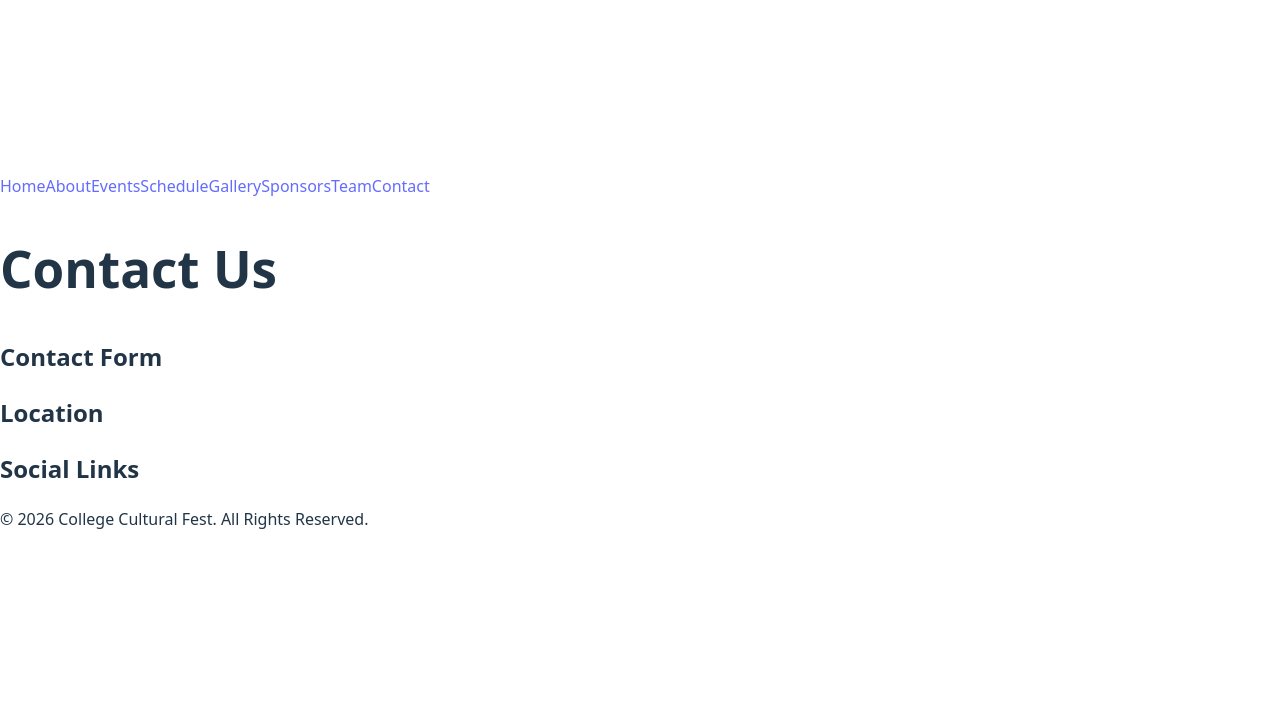
Repository: mridang-iiitu/Mridang-2k26
Page: /contact
The author's editor kept a copy of each file at every save. The page is drawn from the files as they stood at one save, then again after the next save.
The browser window is 1280 px wide. The pictures show the whole page.
The project was rebuilt for these pictures with package versions that can differ from the ones it lists, and the page was loaded fresh each time. Also part of the build but not shown: vite.config.js, src/pages/Home.jsx, src/pages/About.jsx, src/pages/Events.jsx, src/pages/Schedule.jsx, src/pages/Gallery.jsx, src/pages/Sponsors.jsx, src/pages/Team.jsx.

Above is the page before, as saved 2026-08-03 13:34:55.

### src/App.jsx
import { BrowserRouter, Routes, Route } from "react-router-dom";

import Navbar from "./components/Navbar";
import Footer from "./components/Footer";

import Home from "./pages/Home";
import About from "./pages/About";
import Events from "./pages/Events";
import Schedule from "./pages/Schedule";
import Gallery from "./pages/Gallery";
import Sponsors from "./pages/Sponsors";
import Team from "./pages/Team";
import Contact from "./pages/Contact";

export default function App() {
  return (
    <BrowserRouter>
      <Navbar />

      <Routes>
        <Route path="/" element={<Home />} />
        <Route path="/about" element={<About />} />
        <Route path="/events" element={<Events />} />
        <Route path="/schedule" element={<Schedule />} />
        <Route path="/gallery" element={<Gallery />} />
        <Route path="/sponsors" element={<Sponsors />} />
        <Route path="/team" element={<Team />} />
        <Route path="/contact" element={<Contact />} />
      </Routes>

      <Footer />
    </BrowserRouter>
  );
}

### src/components/Navbar.jsx
import { Link } from "react-router-dom";

export default function Navbar() {
  return (
    <nav className="bg-gray-900 text-white px-8 py-4 flex gap-6">
      <Link to="/">Home</Link>
      <Link to="/about">About</Link>
      <Link to="/events">Events</Link>
      <Link to="/schedule">Schedule</Link>
      <Link to="/gallery">Gallery</Link>
      <Link to="/sponsors">Sponsors</Link>
      <Link to="/team">Team</Link>
      <Link to="/contact">Contact</Link>
    </nav>
  );
}

### src/components/Footer.jsx
export default function Footer() {
  return (
    <footer className="bg-gray-900 text-white text-center py-6">
      <p>© 2026 College Cultural Fest. All Rights Reserved.</p>
    </footer>
  );
}

### src/pages/Contact.jsx
export default function Contact() {
  return (
    <main>

      <section>
        <h1>Contact Us</h1>
      </section>

      <section>
        <h2>Contact Form</h2>
      </section>

      <section>
        <h2>Location</h2>
      </section>

      <section>
        <h2>Social Links</h2>
      </section>

    </main>
  );
}

Loaded but not shown: index.html (common file); src/main.jsx (common file); src/index.css (common file)

After the next save:
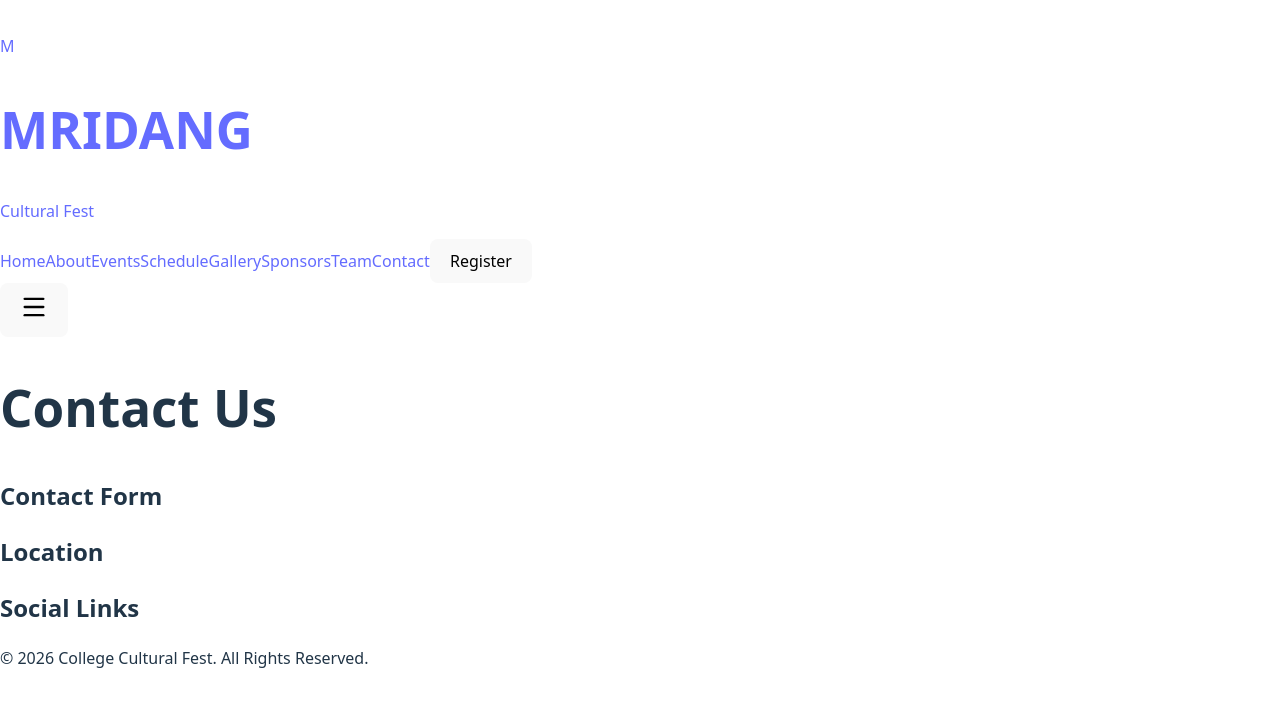
Saved 59 s later.
--- a/src/components/Navbar.jsx
+++ b/src/components/Navbar.jsx
@@ -1,16 +1,98 @@
-import { Link } from "react-router-dom";
+import { Link, NavLink } from "react-router-dom";
+import { Menu, X } from "lucide-react";
+import { useState } from "react";
 
 export default function Navbar() {
+  const [isOpen, setIsOpen] = useState(false);
+
+  const navItems = [
+    { name: "Home", path: "/" },
+    { name: "About", path: "/about" },
+    { name: "Events", path: "/events" },
+    { name: "Schedule", path: "/schedule" },
+    { name: "Gallery", path: "/gallery" },
+    { name: "Sponsors", path: "/sponsors" },
+    { name: "Team", path: "/team" },
+    { name: "Contact", path: "/contact" },
+  ];
+
   return (
-    <nav className="bg-gray-900 text-white px-8 py-4 flex gap-6">
-      <Link to="/">Home</Link>
-      <Link to="/about">About</Link>
-      <Link to="/events">Events</Link>
-      <Link to="/schedule">Schedule</Link>
-      <Link to="/gallery">Gallery</Link>
-      <Link to="/sponsors">Sponsors</Link>
-      <Link to="/team">Team</Link>
-      <Link to="/contact">Contact</Link>
+    <nav className="sticky top-0 z-50 bg-slate-950 text-white shadow-lg">
+      <div className="mx-auto flex max-w-7xl items-center justify-between px-6 py-4">
+
+        {/* Logo */}
+        <Link to="/" className="flex items-center gap-2">
+          <div className="flex h-11 w-11 items-center justify-center rounded-full bg-red-600 text-xl font-bold">
+            M
+          </div>
+
+          <div>
+            <h1 className="text-xl font-bold tracking-wide">
+              MRIDANG
+            </h1>
+            <p className="text-xs text-gray-400">
+              Cultural Fest
+            </p>
+          </div>
+        </Link>
+
+        {/* Desktop Menu */}
+        <div className="hidden items-center gap-8 md:flex">
+          {navItems.map((item) => (
+            <NavLink
+              key={item.name}
+              to={item.path}
+              className={({ isActive }) =>
+                `transition duration-300 ${
+                  isActive
+                    ? "text-red-500 font-semibold"
+                    : "text-gray-300 hover:text-red-400"
+                }`
+              }
+            >
+              {item.name}
+            </NavLink>
+          ))}
+
+          <button className="rounded-lg bg-red-600 px-5 py-2 font-medium transition hover:bg-red-700">
+            Register
+          </button>
+        </div>
+
+        {/* Mobile Menu Button */}
+        <button
+          className="md:hidden"
+          onClick={() => setIsOpen(!isOpen)}
+        >
+          {isOpen ? <X size={28} /> : <Menu size={28} />}
+        </button>
+      </div>
+
+      {/* Mobile Menu */}
+      {isOpen && (
+        <div className="space-y-4 border-t border-slate-800 bg-slate-900 px-6 py-5 md:hidden">
+          {navItems.map((item) => (
+            <NavLink
+              key={item.name}
+              to={item.path}
+              onClick={() => setIsOpen(false)}
+              className={({ isActive }) =>
+                `block ${
+                  isActive
+                    ? "text-red-500 font-semibold"
+                    : "text-gray-300"
+                }`
+              }
+            >
+              {item.name}
+            </NavLink>
+          ))}
+
+          <button className="mt-3 w-full rounded-lg bg-red-600 py-2 font-semibold hover:bg-red-700">
+            Register
+          </button>
+        </div>
+      )}
     </nav>
   );
 }
